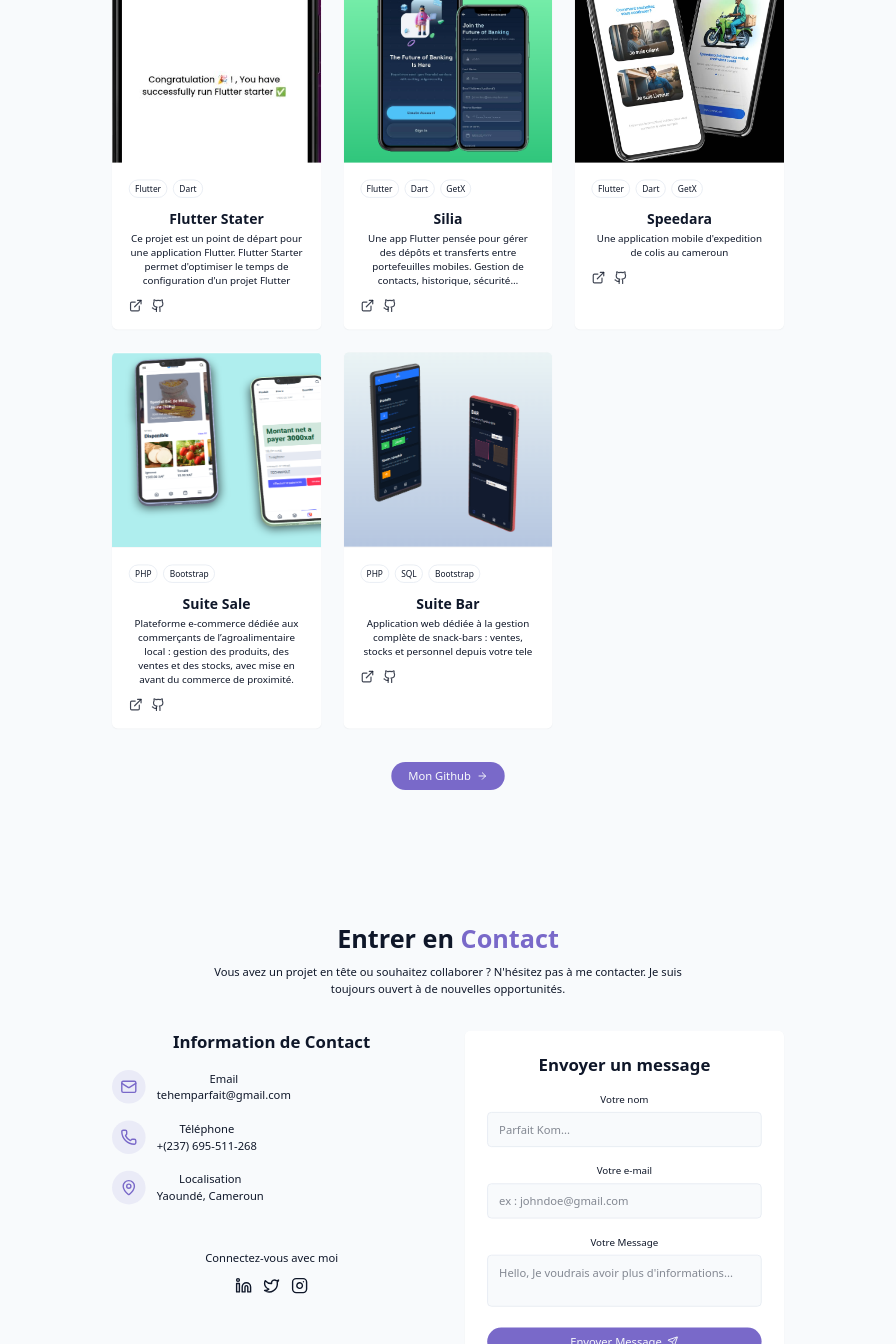
Repository: KOMI18/komi-folio
Page: /
The author's editor kept a copy of each file at every save. The page is drawn from the files as they stood at one save, then again after the next save.
The browser window is 1280 px wide. The pictures show the part of the page from y = 4221 to 6141 px (the page is 6451 px tall), at 70% of full size.
The project was rebuilt for these pictures with package versions that can differ from the ones it lists, and the page was loaded fresh each time. Also part of the build but not shown: vite.config.js, src/pages/NotFound.jsx.

Above is the page before, as saved 2025-06-28 13:08:14.

### index.html
<!doctype html>
<html lang="en">
  <head>
    <meta charset="UTF-8" />
    <link rel="icon" type="image/svg+xml" href="" />
    <meta name="viewport" content="width=device-width, initial-scale=1.0" />
    <title>Parfait Kom</title>
  </head>
  <body>
    <div id="root"></div>
    <script type="module" src="/src/main.jsx"></script>
  </body>
</html>

### src/pages/Home.jsx
import { Navbar } from "../components/Navbar";
import { ThemeToggle } from "../components/ThemeToggle";
import { StarBackground } from "@/components/StarBackground";
import { HeroSection } from "../components/HeroSection";
import { AboutSection } from "../components/AboutSection";
import { SkillsSection } from "../components/SkillsSection";
import { ProjectsSection } from "../components/ProjectsSection";
import { ContactSection } from "../components/ContactSection";
import { Footer } from "../components/Footer";
import {ExperienceSection} from "../components/ExperianceSection"
import { ExpertiseSection } from "../components/ExpertiseSection";
export const Home = () => {
  return (
    <div className="min-h-screen bg-background text-foreground overflow-x-hidden">
      {/* Theme Toggle */}
      <ThemeToggle />
      {/* Background Effects */}
      <StarBackground />

      {/* Navbar */}
      <Navbar />
      {/* Main Content */}
      <main>
        <HeroSection />
        <AboutSection />
        <ExpertiseSection/>
        <ExperienceSection/>
        <SkillsSection />
        <ProjectsSection />
        <ContactSection />
      </main>

      {/* Footer */}
      <Footer />
    </div>
  );
};

### src/components/ui/toaster.jsx
import { useToast } from "@/hooks/use-toast";
import {
  Toast,
  ToastClose,
  ToastDescription,
  ToastProvider,
  ToastTitle,
  ToastViewport,
} from "@/components/ui/toast";

export function Toaster() {
  const { toasts } = useToast();

  return (
    <ToastProvider>
      {toasts.map(function ({ id, title, description, action, ...props }) {
        return (
          <Toast key={id} {...props}>
            <div className="grid gap-1">
              {title && <ToastTitle>{title}</ToastTitle>}
              {description && (
                <ToastDescription>{description}</ToastDescription>
              )}
            </div>
            {action}
            <ToastClose />
          </Toast>
        );
      })}
      <ToastViewport />
    </ToastProvider>
  );
}

### src/components/Navbar.jsx
import { cn } from "@/lib/utils";
import { Menu, X } from "lucide-react";
import { useEffect, useState } from "react";
import { ThemeToggle } from "./ThemeToggle";
const navItems = [
  { name: "Home", href: "#hero" },
  { name: "A Propos", href: "#about" },
  { name: "Experience", href: "#experience" },
  { name: "Competences", href: "#skills" },
  { name: "Projets", href: "#projects" },
  { name: "Contact", href: "#contact" },


];

export const Navbar = () => {
  const [isScrolled, setIsScrolled] = useState(false);
  const [isMenuOpen, setIsMenuOpen] = useState(false);

  useEffect(() => {
    const handleScroll = () => {
      setIsScrolled(window.screenY > 10);
    };

    window.addEventListener("scroll", handleScroll);
    return () => window.removeEventListener("scroll", handleScroll);
  }, []);
  return (
    <nav
      className={cn(
        "fixed w-full z-40 transition-all duration-300",
        isScrolled ? "py-3 bg-background/80 backdrop-blur-md shadow-xs" : "py-5"
      )}
    >
      <div className="container flex items-center justify-between">
        <a
          className="text-xl font-bold text-primary flex items-center"
          href="#hero"
        >
          <span className="relative z-10">
            <span className="text-glow text-foreground"> Parfait  </span>{" "}
            Kom
          </span>
        </a>

        {/* desktop nav */}
        <div className="hidden md:flex space-x-8">
          {navItems.map((item, key) => (
            <a
              key={key}
              href={item.href}
              className="text-foreground/80 hover:text-primary transition-colors duration-300"
            >
              {item.name}
            </a>
          ))}
        </div>

        {/* mobile nav */}

        <div className="flex items-center px-5 justify-end">
          <ThemeToggle />

        <button
          onClick={() => setIsMenuOpen((prev) => !prev)}
          className="md:hidden p-2 text-foreground z-50"
          aria-label={isMenuOpen ? "   Menu" : "Open Menu"}
        >
          {isMenuOpen ? <X size={24} /> : <Menu size={24} />}{" "}
        </button>
        </div>
        <div
          className={cn(
            "fixed inset-0 bg-background/95 backdroup-blur-md z-40 flex flex-col items-center justify-center",
            "transition-all duration-300 md:hidden",
            isMenuOpen
              ? "opacity-100 pointer-events-auto"
              : "opacity-0 pointer-events-none"
          )}
        >
          <div className="flex flex-col space-y-8 text-xl">
            {navItems.map((item, key) => (
              <a
                key={key}
                href={item.href}
                className="text-foreground/80 hover:text-primary transition-colors duration-300"
                onClick={() => setIsMenuOpen(false)}
              >
                {item.name}
              </a>
            ))}
          </div>
        </div>
      </div>
    </nav>
  );
};

### src/components/ThemeToggle.jsx
import { Moon, Sun } from "lucide-react";
import { useEffect, useState } from "react";
import { cn } from "@/lib/utils";

export const ThemeToggle = () => {
  const [isDarkMode, setIsDarkMode] = useState(false);

  useEffect(() => {
    const storedTheme = localStorage.getItem("theme");
    if (storedTheme === "dark") {
      setIsDarkMode(true);
      document.documentElement.classList.add("dark");
    } else {
      localStorage.setItem("theme", "light");
      setIsDarkMode(false);
    }
  }, []);

  const toggleTheme = () => {
    if (isDarkMode) {
      document.documentElement.classList.remove("dark");
      localStorage.setItem("theme", "light");
      setIsDarkMode(false);
    } else {
      document.documentElement.classList.add("dark");
      localStorage.setItem("theme", "dark");
      setIsDarkMode(true);
    }
  };

  return (
    <button
      onClick={toggleTheme}
      className={cn(
        "fixed top-5 right-5 z-30 p-2 rounded-full transition-colors duration-300",
        "focus:outline-none"
      )}
    >
      {isDarkMode ? (
        <Sun className="h-6 w-6 text-yellow-300" />
      ) : (
        <Moon className="h-6 w-6 text-blue-900" />
      )}
    </button>
  );
};

### src/components/StarBackground.jsx
import { useEffect, useState } from "react";

// id, size, x, y, opacity, animationDuration
// id, size, x, y, delay, animationDuration

export const StarBackground = () => {
  const [stars, setStars] = useState([]);
  const [meteors, setMeteors] = useState([]);

  useEffect(() => {
    generateStars();
    generateMeteors();

    const handleResize = () => {
      generateStars();
    };

    window.addEventListener("resize", handleResize);

    return () => window.removeEventListener("resize", handleResize);
  }, []);

  const generateStars = () => {
    const numberOfStars = Math.floor(
      (window.innerWidth * window.innerHeight) / 10000
    );

    const newStars = [];

    for (let i = 0; i < numberOfStars; i++) {
      newStars.push({
        id: i,
        size: Math.random() * 3 + 1,
        x: Math.random() * 100,
        y: Math.random() * 100,
        opacity: Math.random() * 0.5 + 0.5,
        animationDuration: Math.random() * 4 + 2,
      });
    }

    setStars(newStars);
  };

  const generateMeteors = () => {
    const numberOfMeteors = 4;
    const newMeteors = [];

    for (let i = 0; i < numberOfMeteors; i++) {
      newMeteors.push({
        id: i,
        size: Math.random() * 2 + 1,
        x: Math.random() * 100,
        y: Math.random() * 20,
        delay: Math.random() * 15,
        animationDuration: Math.random() * 3 + 3,
      });
    }

    setMeteors(newMeteors);
  };

  return (
    <div className="fixed inset-0 overflow-hidden pointer-events-none z-0">
      {stars.map((star) => (
        <div
          key={star.id}
          className="star animate-pulse-subtle"
          style={{
            width: star.size + "px",
            height: star.size + "px",
            left: star.x + "%",
            top: star.y + "%",
            opacity: star.opacity,
            animationDuration: star.animationDuration + "s",
          }}
        />
      ))}

      {meteors.map((meteor) => (
        <div
          key={meteor.id}
          className="meteor animate-meteor"
          style={{
            width: meteor.size * 50 + "px",
            height: meteor.size * 2 + "px",
            left: meteor.x + "%",
            top: meteor.y + "%",
            animationDelay: meteor.delay,
            animationDuration: meteor.animationDuration + "s",
          }}
        />
      ))}
    </div>
  );
};

### src/components/AboutSection.jsx

import { ArrowRight , Image} from "lucide-react";

export const AboutSection = () => {
  return (
    <section id="about" className="py-24 px-4 bg-background">
       <h2 className="text-3xl md:text-4xl font-bold mb-4 py-4 text-center">
          {" "}
          A <span className="text-primary">Propos</span>
        </h2>
      <div className="container mx-auto max-w-5xl grid grid-cols-1 md:grid-cols-2  gap-12 items-center">
        {/* Image */}
        <div className="order-first md:order-last flex justify-center md:justify-start">
          <div className="w-40 h-40 sm:w-80 sm:h-80 md:w-[500px] md:h-[500px] lg:w-[600px] lg:h-[600px] relative transform rotate-3 rounded-xl overflow-hidden border-4 border-primary shadow-lg transition-transform duration-500 hover:scale-105">
            <img
              src="/projects/parfaitkom.jpeg"
              alt="Parfait Kom"
              className="w-full h-full object-cover"
              width={500}
              height={500}
            />
          </div>
        </div>
        {/* Content */}
        <div className="space-y-6">
          <h2 className="text-3xl md:text-4xl font-bold text-left  md:text-left">
            Je transforme les idées en solutions qui bossent 24h/24 pour vous.
          </h2>

          <p className="text-muted-foreground text-left md:text-left">
            Je suis Parfait Kom, développeur mobile & web indépendant. Je construis des applications solides et utiles pour les PME et entrepreneurs du monde entier. Mon objectif ? Livrer des solutions concrètes, efficaces, sans blabla inutile. Du code propre, des résultats mesurables, et un vrai sens du travail bien fait.
          </p>

          <p className="text-muted-foreground text-left md:text-left">
            Mon approche est simple : comprendre rapidement vos enjeux, proposer des idées concrètes, et livrer des résultats de qualité. Pas de jargon. Pas de perte de temps. Juste du travail bien fait, avec méthode, passion et efficacité.
          </p>

          <div className="flex flex-col sm:flex-row gap-4 pt-2">
            <a href="#contact" className="cosmic-button">
              Entrer en contact
            </a>

            <a
              href="/docs/parfait_kom_cv.pdf"
              download
              className="px-6 py-2 rounded-full border border-primary text-primary hover:bg-primary/10 transition-colors duration-300 flex items-center gap-2"
            >
              Télécharger mon CV <ArrowRight className="w-4 h-4" />
            </a>
          </div>
        </div>
      </div>
    </section>
  );
};

export default AboutSection;

### src/components/SkillsSection.jsx
import { useState } from "react";
import { cn } from "@/lib/utils";

const skills = [
  // Frontend
  { name: "Flutter / Dart", level: 70, category: "frontend" },
  { name: "JavaScript", level: 60, category: "frontend" },
  { name: "React", level: 80, category: "frontend" },
  { name: "Tailwind CSS", level: 90, category: "frontend" },


  // Backend
  { name: "Node.js", level: 80, category: "backend" },
  { name: "Express", level: 75, category: "backend" },
  { name: "MongoDB", level: 70, category: "backend" },

  // Tools
  { name: "Git/GitHub", level: 80, category: "tools" },
  { name: "Postman", level: 80, category: "tools" },
];

const categories = ["Tout", "frontend", "backend", "tools"];

export const SkillsSection = () => {
  const [activeCategory, setActiveCategory] = useState("Tout");

  const filteredSkills = skills.filter(
    (skill) => activeCategory === "Tout" || skill.category === activeCategory
  );
  return (
    <section id="skills" className="py-24 px-4 relative bg-secondary/30">
      <div className="container mx-auto max-w-5xl">
        <h2 className="text-3xl md:text-4xl font-bold mb-12 text-center">
        Mes  <span className="text-primary"> compétences</span>
        </h2>

        <div className="flex flex-wrap justify-center gap-4 mb-12">
          {categories.map((category, key) => (
            <button
              key={key}
              onClick={() => setActiveCategory(category)}
              className={cn(
                "px-5 py-2 rounded-full transition-colors duration-300 capitalize",
                activeCategory === category
                  ? "bg-primary text-primary-foreground"
                  : "bg-secondary/70 text-forefround hover:bd-secondary"
              )}
            >
              {category}
            </button>
          ))}
        </div>

        <div className="grid grid-cols-1 sm:grid-cols-2 lg:grid-cols-3 gap-6">
          {filteredSkills.map((skill, key) => (
            <div
              key={key}
              className="bg-card p-6 rounded-lg shadow-xs card-hover"
            >
              <div className="text-left mb-4">
                <h3 className="font-semibold text-lg"> {skill.name}</h3>
              </div>
              <div className="w-full bg-secondary/50 h-2 rounded-full overflow-hidden">
                <div
                  className="bg-primary h-2 rounded-full origin-left animate-[grow_1.5s_ease-out]"
                  style={{ width: skill.level + "%" }}
                />
              </div>

              <div className="text-right mt-1">
                <span className="text-sm text-muted-foreground">
                  {skill.level}%
                </span>
              </div>
            </div>
          ))}
        </div>
      </div>
    </section>
  );
};

### src/components/ProjectsSection.jsx
import { ArrowRight, ExternalLink, Github } from "lucide-react";

const projects = [

  {
    id: 2,
    title: "Flutter Stater",
    description:
      "Ce projet est un point de départ pour une application Flutter. Flutter Starter permet d'optimiser le temps de configuration d'un projet Flutter",
    image: "/projects/starter.jpeg",
    tags: ["Flutter", "Dart"],
    demoUrl: "#",
    githubUrl: "https://github.com/KOMI18/flutter_starter/tree/master",
  },
  {
    id: 2,
    title: "Silia",
    description:
      "Une app Flutter pensée pour gérer des dépôts et transferts entre portefeuilles mobiles. Gestion de contacts, historique, sécurité…",
    image: "/projects/silia.png",
    tags: ["Flutter", "Dart", "GetX"],
    // demoUrl: "#",
    githubUrl: "https://github.com/KOMI18/silia",
  },
  {
    id: 3,
    title: "Speedara",
    description:
      "Une application mobile d'expedition de colis au cameroun",
    image: "/projects/speedara.jpeg",
    tags: ["Flutter", "Dart", "GetX" ],
    demoUrl: "#",
    githubUrl: "#",
  },
  {
    id: 2,
    title: "Suite Sale",
    description:
      "Plateforme e-commerce dédiée aux commerçants de l’agroalimentaire local : gestion des produits, des ventes et des stocks, avec mise en avant du commerce de proximité.",
    image: "/projects/sale.png",
    tags: ["PHP", "Bootstrap"],
    demoUrl: "#",
    githubUrl: "https://cosmopharmalindustry.com/suitesale/app/Pages/Login.php",
  },
  {
    id: 1,
    title: "Suite Bar ",
    description:
      "Application web dédiée à la gestion complète de snack-bars : ventes, stocks et personnel depuis votre tele",
    image: "/projects/suite.png",
    tags: ["PHP", "SQL", "Bootstrap"],
    demoUrl: "https://cosmopharmalindustry.com/bragherstudio.suite-ba/pages/user_login.php",
    githubUrl: "#",
  },

];

export const ProjectsSection = () => {
  return (
    <section id="projects" className="py-24 px-4 relative">
      <div className="container mx-auto max-w-5xl">
        <h2 className="text-3xl md:text-4xl font-bold mb-4 text-center">
          {" "}
          Quelques <span className="text-primary">Projets</span>
        </h2>

        <p className="text-center text-muted-foreground mb-12 max-w-2xl mx-auto">
          Ce que j’ai construit pour d’autres, je peux le construire pour vous.
          {" "}
          Des projets concrets, pas des promesses.
        </p>

        <div className="grid grid-cols-1 md:grid-cols-2 lg:grid-cols-3 gap-8">
          {projects.map((project, key) => (
            <div
              key={key}
              className="group bg-card rounded-lg overflow-hidden shadow-xs card-hover"
            >
              <div className="h-70 overflow-hidden">
                <img
                height={400}
                width={500}
                  src={project.image}
                  alt={project.title}
                  className="w-full h-full object-cover transition-transform duration-500 group-hover:scale-110"
                />
              </div>

              <div className="p-6">
                <div className="flex flex-wrap gap-2 mb-4">
                  {project.tags.map((tag) => (
                    <span className="px-2 py-1 text-xs font-medium border rounded-full bg-secondary text-secondary-foreground">
                      {tag}
                    </span>
                  ))}
                </div>

                <h3 className="text-xl font-semibold mb-1"> {project.title}</h3>
                <p className="text-muted-foreground text-sm mb-4">
                  {project.description}
                </p>
                <div className="flex justify-between items-center">
                  <div className="flex space-x-3">
                    <a
                      href={project.demoUrl}
                      target="_blank"
                      className="text-foreground/80 hover:text-primary transition-colors duration-300"
                    >
                      <ExternalLink size={20} />
                    </a>
                    <a
                      href={project.githubUrl}
                      target="_blank"
                      className="text-foreground/80 hover:text-primary transition-colors duration-300"
                    >
                      <Github size={20} />
                    </a>
                  </div>
                </div>
              </div>
            </div>
          ))}
        </div>
        <div className="text-center mt-12">
          <a
            className="cosmic-button w-fit flex items-center mx-auto gap-2"
            target="_blank"
            href="https://github.com/KOMI18"
          >
             Mon Github <ArrowRight size={16} />
          </a>
        </div>
      </div>
    </section>
  );
};

### src/components/Footer.jsx
import { ArrowUp } from "lucide-react";

export const Footer = () => {
  return (
    <footer className="py-12 px-4 bg-card relative border-t border-border mt-12 pt-8 flex flex-wrap justify-between items-center">
      {" "}
      <p className="text-sm text-muted-foreground">
        {" "}
        &copy; {new Date().getFullYear()} Parfait Kom . All rights reserved.
      </p>
      <a
        href="#hero"
        className="p-2 rounded-full bg-primary/10 hover:bg-primary/20 text-primary transition-colors"
      >
        <ArrowUp size={20} />
      </a>
    </footer>
  );
};

Loaded but not shown: src/main.jsx (common file); src/App.jsx (common file); src/lib/utils.js (common file); src/hooks/use-toast.js (144 lines, source omitted); src/components/ContactSection.jsx (235 lines, source omitted); src/components/ExperianceSection.jsx (117 lines, source omitted); src/components/HeroSection.jsx (103 lines, source omitted); src/index.css (214 lines, source omitted); src/components/ui/toast.jsx (102 lines, source omitted); src/components/ExpertiseSection.jsx (90 lines, source omitted)

After the next save:
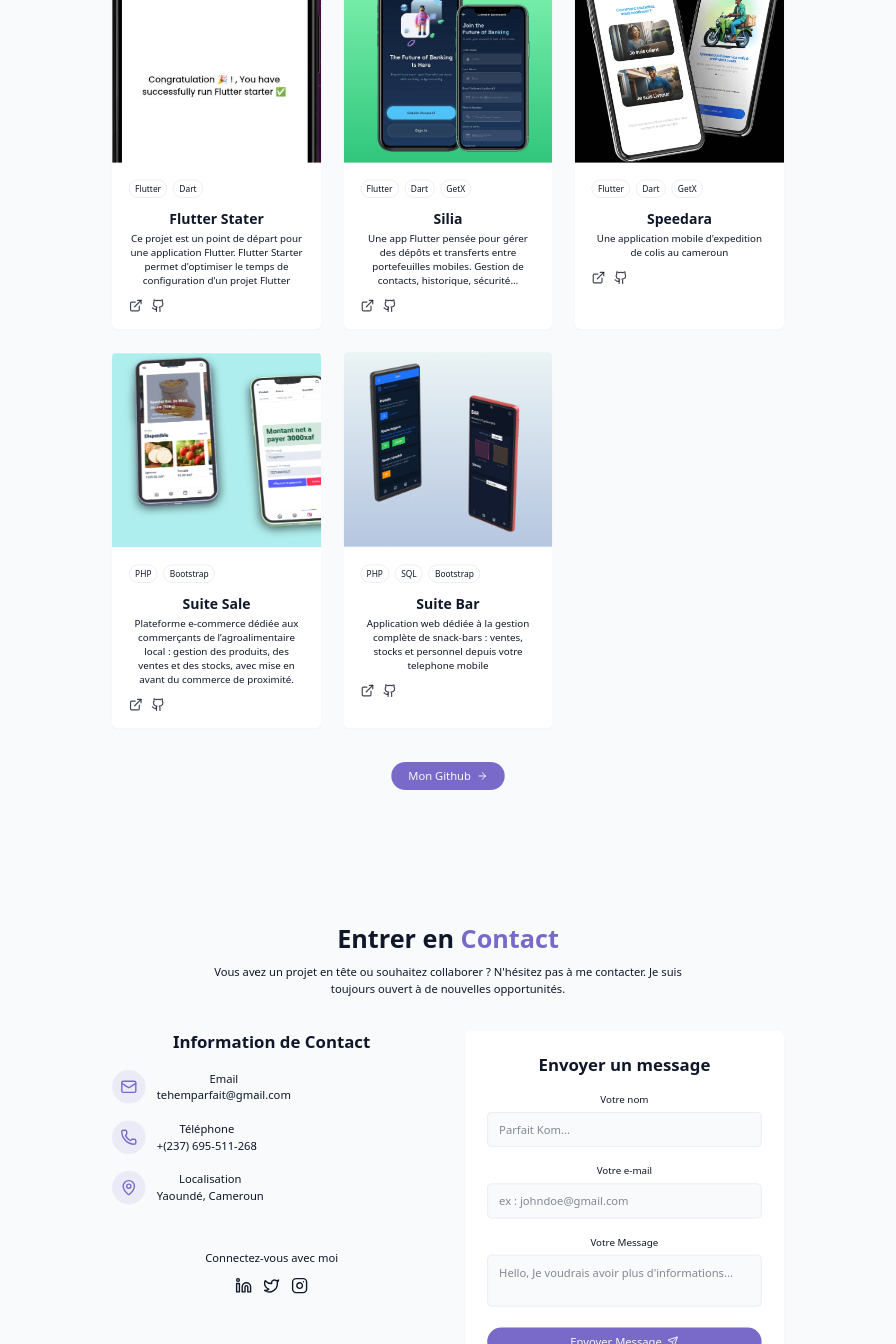
Saved 8 s later.
--- a/src/components/ProjectsSection.jsx
+++ b/src/components/ProjectsSection.jsx
@@ -46,7 +46,7 @@ const projects = [
     id: 1,
     title: "Suite Bar ",
     description:
-      "Application web dédiée à la gestion complète de snack-bars : ventes, stocks et personnel depuis votre tele",
+      "Application web dédiée à la gestion complète de snack-bars : ventes, stocks et personnel depuis votre telephone mobile",
     image: "/projects/suite.png",
     tags: ["PHP", "SQL", "Bootstrap"],
     demoUrl: "https://cosmopharmalindustry.com/bragherstudio.suite-ba/pages/user_login.php",
